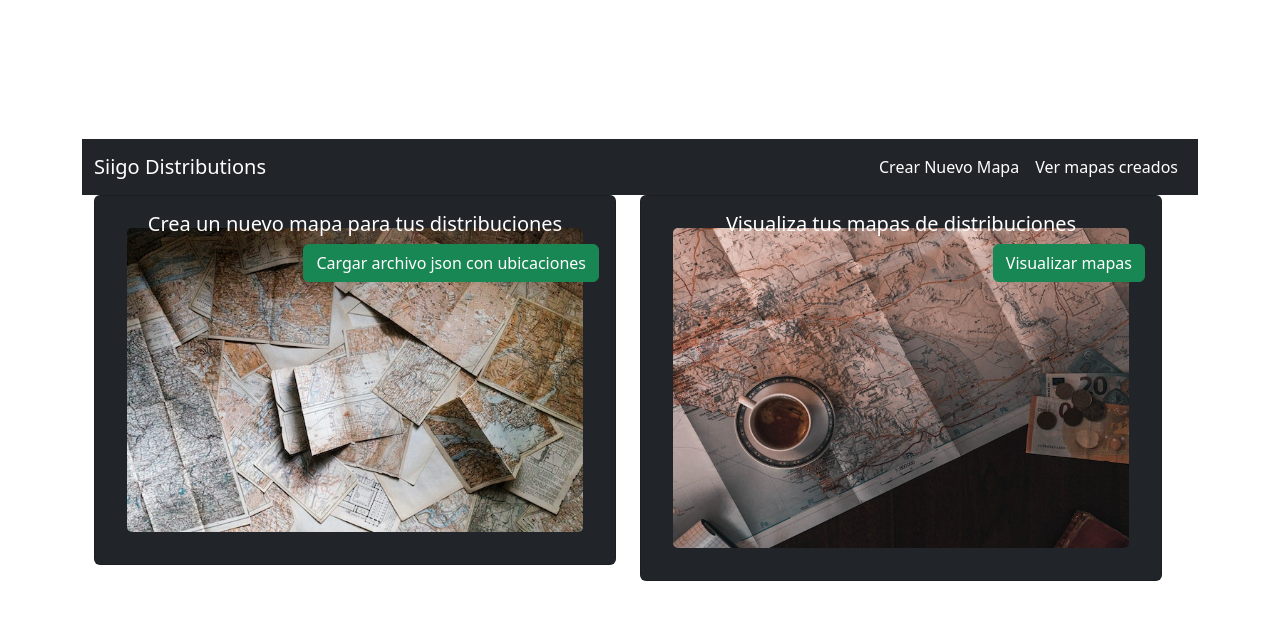
Repository: DevArthuro/Siigo-Distributions
Page: / (app in frontend/)
An editor plug-in stored every save of this project. The page is shown before and after the next save, followed by the edit.
The browser window is 1280 px wide. The pictures show the whole page.
The project was rebuilt for these pictures with package versions that can differ from the ones it lists, and the page was loaded fresh each time. Also part of the build but not shown: frontend/vite.config.js, frontend/src/stores/useGraphSpeccifictMap.js, frontend/src/components/TableToManageMap.vue, frontend/src/views/WhatchSpecifictMap.vue.

Above is the page before, as saved 2023-09-27 08:37:07.

### frontend/src/main.js
import { createApp } from 'vue'
import './style.css'
import App from './App.vue'

// Manage to routes
import routes from './routes'

// Import libraries to bootstrap in the folder node_modules
import 'bootstrap/dist/css/bootstrap.min.css'
import 'bootstrap/dist/js/bootstrap.bundle'

// Manage central for components
import {createPinia} from 'pinia'
import persistence from 'pinia-plugin-persistence'

const pinia = createPinia()

pinia.use(persistence)

const app = createApp(App)
app.use(pinia)
app.use(routes)

app.mount('#app')

### frontend/src/App.vue
<template>
    <router-view/>
</template>

### frontend/src/routes/index.js
import {createRouter, createWebHistory} from 'vue-router';
import dashboard from '../views/DashBoard.vue';
import wathchMaps from '../views/WhatchSpecifictMap.vue'

const routes = [
    {
        path: '/',
        name: 'DashBoard',
        component: dashboard
    },
    {
        path: '/ver-mapas/',
        name: 'Watch-Maps',
        component: wathchMaps
    }
];

const router = createRouter({
    history: createWebHistory(),
    routes
});

export default router;

### frontend/src/views/DashBoard.vue
<template>
    <navbar/>
    <div class="container row">
        <CardCreateMap/>
        <CardWatchMap/>
    </div>
</template>

<script setup>

import navbar from '../components/Navbar.vue'
import CardCreateMap from '../components/CardToCreateMap.vue'
import CardWatchMap from '../components/CardToShowMaps.vue'
</script>

### frontend/src/components/Navbar.vue
<template>
    <nav class="navbar navbar-expand-lg navbar-dark bg-dark">
        <div class="container-fluid">
          <router-link class="navbar-brand" :to="backViewDashBoard">Siigo Distributions</router-link>
          <button class="navbar-toggler" type="button" data-bs-toggle="collapse" data-bs-target="#navbarNavAltMarkup" aria-controls="navbarNavAltMarkup" aria-expanded="false" aria-label="Toggle navigation">
            <span class="navbar-toggler-icon"></span>
          </button>
          <div class="collapse navbar-collapse justify-content-end" id="navbarNavAltMarkup">
            <div class="navbar-nav">
              <a class="nav-link active" aria-current="page" href="#">Crear Nuevo Mapa</a>
              <router-link class="nav-link active" aria-current="page" :to="nextViewWatchMaps">Ver mapas creados</router-link>
            </div>
          </div>
        </div>
      </nav>
</template>

<script setup>

import {useRouter} from 'vue-router'

const router = useRouter()

const nextViewWatchMaps = {
  name: 'Watch-Maps'
}

const backViewDashBoard = {
  name: 'DashBoard'
}

</script>

### frontend/src/components/CardToCreateMap.vue
<template>
    <div class="col-6">
        <div class="card bg-dark text-white">
            <img src="create_to_map.jpg" class="card-img" alt="create_to_map">
            <div class="card-img-overlay">
              <h5 class="card-title">Crea un nuevo mapa para tus distribuciones</h5>
              <div class="text-end">
                <button class="btn btn-success">Cargar archivo json con ubicaciones</button>
              </div>
            </div>
          </div>
    </div>
</template>

### frontend/src/components/CardToShowMaps.vue
<template>
    <div class="col-6">
        <div class="card bg-dark text-white">
            <img src="watch_to_map.jpg" class="card-img" alt="watch_to_map" height="320"/>
            <div class="card-img-overlay">
              <h5 class="card-title">Visualiza tus mapas de distribuciones</h5>
              <div class="text-end">
                <button class="btn btn-success">Visualizar mapas</button>
              </div>
            </div>
          </div>
    </div>
</template>

Loaded but not shown: frontend/index.html (common file); frontend/src/style.css (common file)

After the next save:
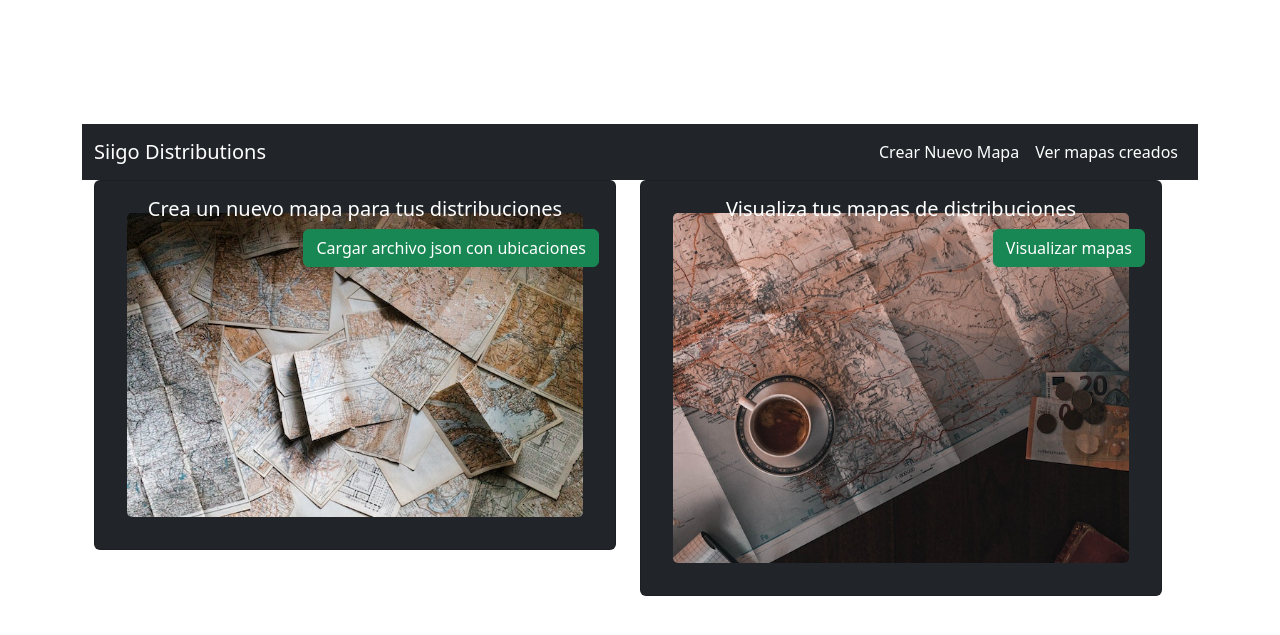
Saved 13 s later.
--- a/frontend/src/components/CardToShowMaps.vue
+++ b/frontend/src/components/CardToShowMaps.vue
@@ -1,7 +1,7 @@
 <template>
     <div class="col-6">
         <div class="card bg-dark text-white">
-            <img src="watch_to_map.jpg" class="card-img" alt="watch_to_map" height="320"/>
+            <img src="watch_to_map.jpg" class="card-img" alt="watch_to_map" height="350"/>
             <div class="card-img-overlay">
               <h5 class="card-title">Visualiza tus mapas de distribuciones</h5>
               <div class="text-end">
